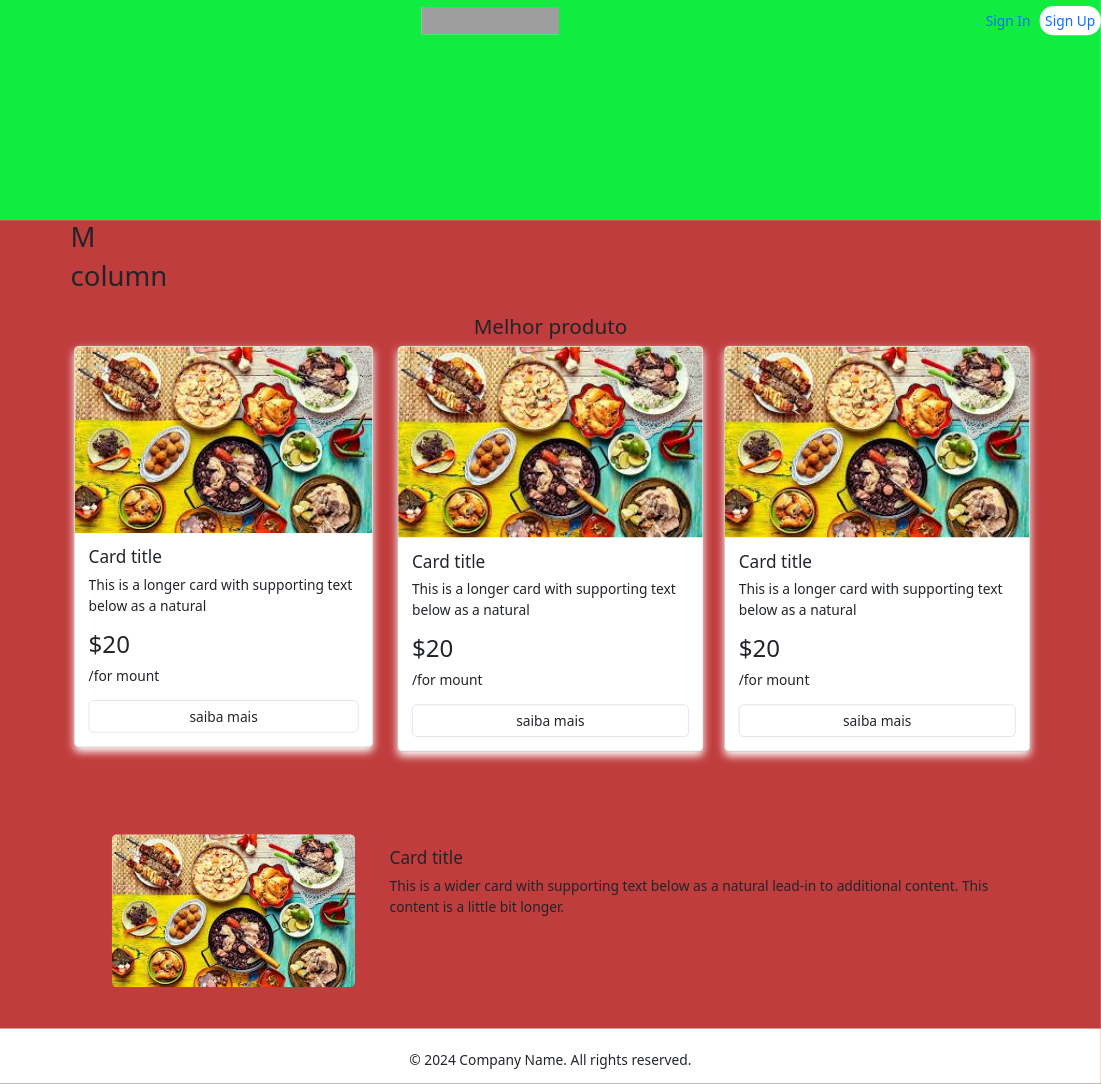
Repository: Joao-Rafael-mob/repoCurso
Page: index.html
These files come from the project's save history. The page is drawn as it stood at one moment and after the next save; the edit follows.
The browser window is 1280 px wide. The pictures show the whole page, at 86% of full size.
Pictures or frames that could not be fetched are drawn as grey boxes.

Above is the page before, as saved 2024-09-27 10:06:47.

### index.html
<!DOCTYPE html>
<html lang="en">
  <head>
    <meta charset="UTF-8" />
    <meta name="viewport" content="width=device-width, initial-scale=1.0" />
    <title>Document</title>
    <link rel="stylesheet" href="styles.css" />
    <link
      href="https://cdn.jsdelivr.net/npm/bootstrap@5.3.3/dist/css/bootstrap.min.css"
      rel="stylesheet"
      integrity="sha384-QWTKZyjpPEjISv5WaRU9OFeRpok6YctnYmDr5pNlyT2bRjXh0JMhjY6hW+ALEwIH"
      crossorigin="anonymous"
    />
  </head>

  <body>
    <div class="imagem-fundo">
      <nav class="navbar">
        <img src="logo.png" alt="Logo" />
        <div class="nav-links">
          <a href="#" class="nav-link1">Sign In</a>
          <a href="#" class="nav-link2">Sign Up</a>
        </div>
      </nav>
    </div>
    <main>
      <div class="container">
        <div class="row row-cols-1">
            <div class="col h2">M</div>
            <div class="col h2">column</div>
        </div>
        <div class="mt-3 text-center">
            <h4>Melhor produto</h4>
        </div>
        <div class="row row-cols-1 row-cols-md-3 g-4">
          <div class="col px-3">
            <div  class="card">
              <img src="banner.jpeg" class="card-img-top" alt="" />
              <div class="card-body">
                <h5 class="card-title">Card title</h5>
                <p class="" style="max-height: 4rem; overflow: hidden">
                  This is a longer card with supporting text below as a natural
                </p>

                <h3>$20</h3>
                <p>/for mount</p>

                <button class="form-control">saiba mais</button>
              </div>
            </div>
          </div>
          <div class="col">
            <div class="card">
              <img src="banner.jpeg" class="card-img-top" alt="" />
              <div class="card-body">
                <h5 class="card-title">Card title</h5>
                <p class="" style="max-height: 4rem; overflow: hidden">
                  This is a longer card with supporting text below as a natural
                </p>
                <div>
                  <h3>$20</h3>
                  <p>/for mount</p>

                  <button class="form-control">saiba mais</button>
                </div>
              </div>
            </div>
          </div>
          <div class="col">
            <div  class="card">
              <img src="banner.jpeg" class="card-img-top" alt="" />
              <div class="card-body">
                <h5 class="card-title">Card title</h5>
                <p class="" style="max-height: 4rem; overflow: hidden">
                  This is a longer card with supporting text below as a natural
                </p>
                <div>
                  <h3>$20</h3>
                  <p>/for mount</p>

                  <button class="form-control">saiba mais</button>
                </div>
              </div>
            </div>
          </div>
        </div>
      </div>

      <div class="container mt-5">
        <div class="p-5">
          <div class="row g-0">
            <div class="col-auto me-3">
              <img src="banner.jpeg" class="rounded float-start" alt="" />
            </div>
            <div class="col ">
              <div class="mt-3 ms-4">
                <h5>Card title</h5>
                <p>
                  This is a wider card with supporting text below as a natural
                  lead-in to additional content. This content is a little bit
                  longer.
                </p>
              </div>
            </div>
          </div>
        </div>
      </div>
    </main>

    <footer class="text-center mt-4">
      <p>&copy; 2024 Company Name. All rights reserved.</p>
    </footer>

    <script
      src="https://cdn.jsdelivr.net/npm/bootstrap@5.3.3/dist/js/bootstrap.bundle.min.js"
      integrity="sha384-YvpcrYf0tY3lHB60NNkmXc5s9fDVZLESaAA55NDzOxhy9GkcIdslK1eN7N6jIeHz"
      crossorigin="anonymous"
    ></script>
  </body>
</html>

### styles.css
.imagem-fundo {
    background-color: rgb(16, 236, 64);
    background-position: center;
    color: white;
    width: 100%;
    min-height: 16rem;
}

.imagem-fundo .navbar img {
    background-color: rgb(255, 255, 255);
    margin: auto;
    width: 10rem;
    height: 2rem;
}

.imagem-fundo .navbar a {
    text-decoration: none;
    font-size: medium;
    padding: 0.4rem;
}

.imagem-fundo .navbar .nav-link2 {
    background-color: rgb(255, 255, 255);
    border-radius: 1rem;
}

.imagem-fundo .address {
    width: 50%;
    padding-top: 3rem;
    margin: auto;
}

.imagem-fundo .address a {
    width: 50%;
    margin: auto;
    text-decoration: none;
}

main  {
    background-color: rgb(192, 61, 61);

}
.card{
    box-shadow: 0px 5px 10px rgb(255, 255, 255);}

After the next save:
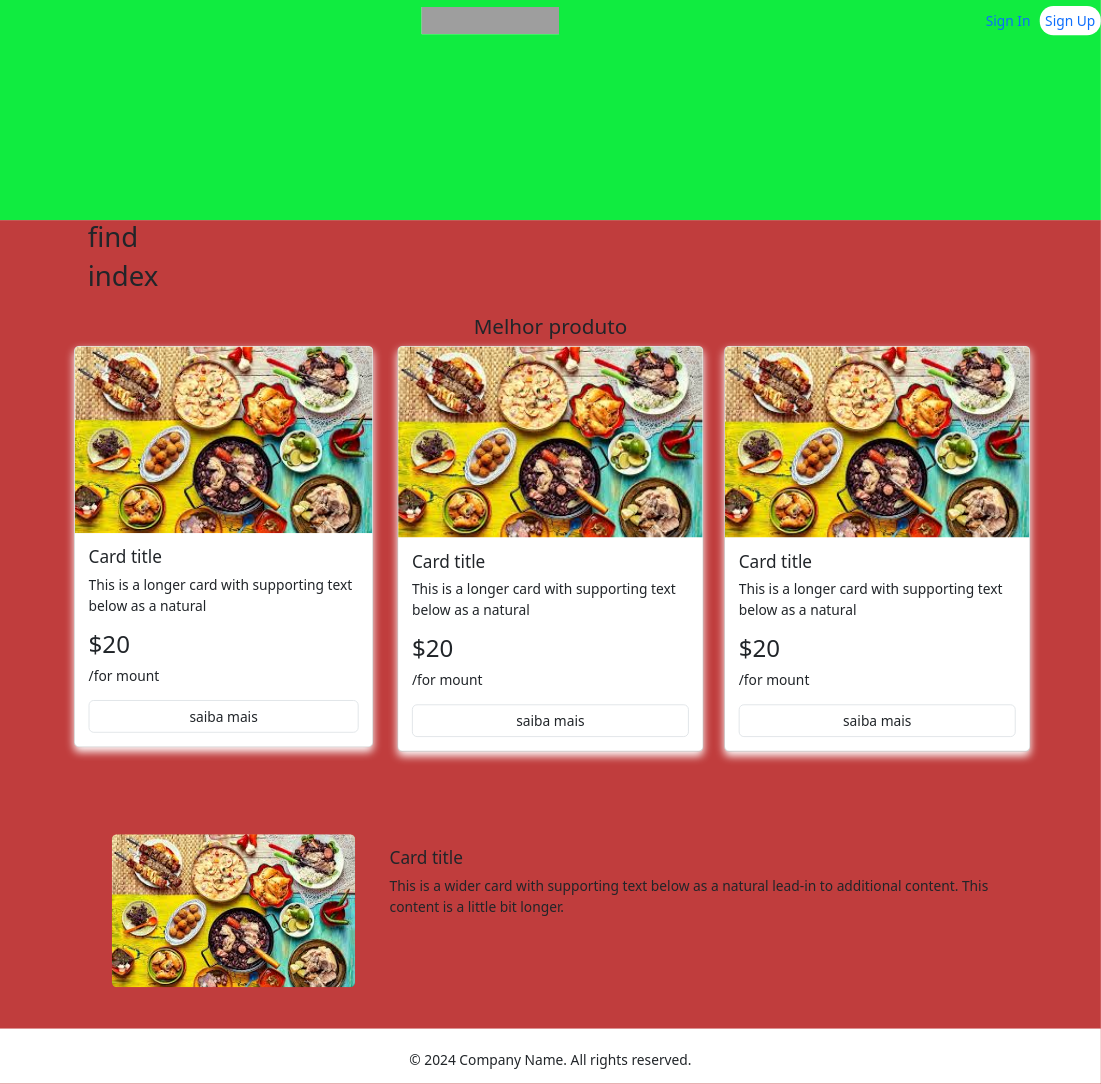
Saved 3 min 56 s later.
--- a/index.html
+++ b/index.html
@@ -25,9 +25,9 @@
     </div>
     <main>
       <div class="container">
-        <div class="row row-cols-1">
-            <div class="col h2">M</div>
-            <div class="col h2">column</div>
+        <div class="row row-cols-1 px-2  m-auto">
+            <div class="col h2">find</div>
+            <div class="col h2">index</div>
         </div>
         <div class="mt-3 text-center">
             <h4>Melhor produto</h4>
